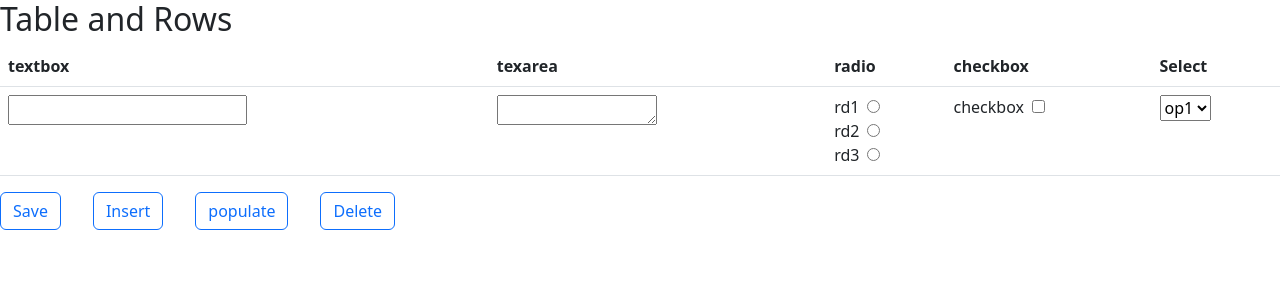
Repository: ishanbassi/iotasol-assignments
Page: /iotasol/work-8
These files come from the project's save history. The page is drawn as it stood at one moment and after the next save; the edit follows.
The browser window is 1280 px wide. The pictures show the whole page.
The project was rebuilt for these pictures with package versions that can differ from the ones it lists, and the page was loaded fresh each time. Some packages were replaced by stand-ins written for this rebuild. The framework's server and built-in components were replaced by stand-ins that run in the browser. Also part of the build but not shown: styles/global.css.

Above is the page before, as saved 2022-11-09 17:23:10.

### pages/_app.tsx
import "../styles/global.css"
import 'bootstrap/dist/css/bootstrap.min.css';
export default function App({Component,ComponentProps}){
    return(
        <Component {...ComponentProps}/>
    )
}

### pages/iotasol/work-8.tsx
import { Table, Button } from "react-bootstrap"
import { useState } from "react"
export default function App() {
    const [count, setCount] = useState(1)
    return (
        <>
            <h2>Table and Rows</h2>
            <Table>
                <thead>
                    <tr>
                        <th>textbox</th>
                        <th>texarea</th>
                        <th>radio</th>
                        <th>checkbox</th>
                        <th>Select</th>
                    </tr>
                </thead>
                <tbody>
                    <tr>
                        <td>
                            <input type="text" name="small" id="small" />
                        </td>
                        <td>
                            <textarea name="details" id="details" cols={15} rows={1}></textarea>
                        </td>
                        <td>
                            <div>
                                <label htmlFor="rd1">rd1</label>
                                <input type="radio" name="rd" id="rd1" value="rd1" />
                            </div>
                            <div>
                                <label htmlFor="rd2">rd2</label>
                                <input type="radio" name="rd" id="rd2" value="rd2" />
                            </div>
                            <div>
                                <label htmlFor="rd3">rd3</label>
                                <input type="radio" name="rd" id="rd3" value="rd3" />
                            </div>
                        </td>
                        <td>
                            <label htmlFor="check">checkbox</label>
                            <input type="checkbox" name="check" id="check" />
                        </td>
                        <td>
                            <select name="select" id="select">
                                <option value="op1">op1</option>
                                <option value="op2">op2</option>
                                <option value="op3">op3</option>
                            </select>
                        </td>
                    </tr>
                </tbody>
            </Table>
            <div>
                <Button  variant="outline-primary" type="button" name="save">Save</Button>
                <Button variant="outline-primary"  type="button" name="insert">Insert</Button>
                <Button  variant="outline-primary" type="button" name="populate">populate</Button>
                <Button  variant="outline-primary" type="button" name="delete">Delete</Button>
            </div>
            <style jsx>{`
                    label{
                        padding-right:.5em;
                    }
                    button{
                        margin-right:2em !important;
                    }

                `}

            </style>
        </>
    )
}

After the next save:
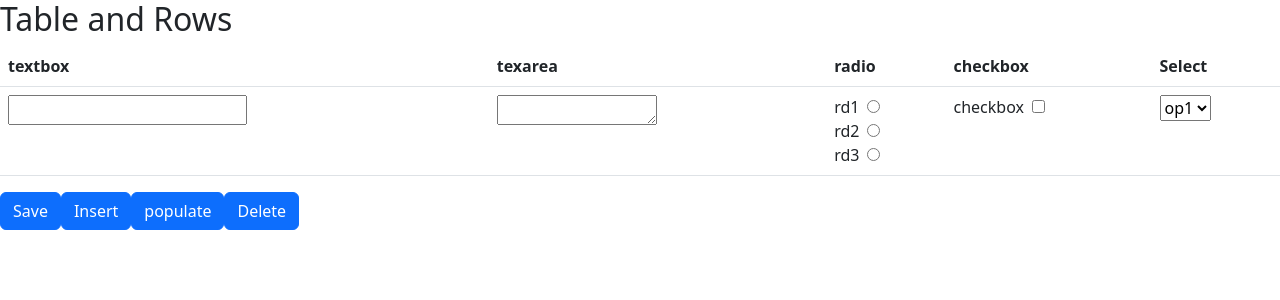
Saved 67 s later.
--- a/pages/iotasol/work-8.tsx
+++ b/pages/iotasol/work-8.tsx
@@ -52,17 +52,14 @@ export default function App() {
                 </tbody>
             </Table>
             <div>
-                <Button  variant="outline-primary" type="button" name="save">Save</Button>
-                <Button variant="outline-primary"  type="button" name="insert">Insert</Button>
-                <Button  variant="outline-primary" type="button" name="populate">populate</Button>
-                <Button  variant="outline-primary" type="button" name="delete">Delete</Button>
+                <Button  variant="primary" type="button" name="save">Save</Button>
+                <Button variant="primary"  type="button" name="insert">Insert</Button>
+                <Button  variant="primary" type="button" name="populate">populate</Button>
+                <Button  variant="primary" type="button" name="delete">Delete</Button>
             </div>
             <style jsx>{`
                     label{
                         padding-right:.5em;
-                    }
-                    button{
-                        margin-right:2em !important;
                     }
 
                 `}
